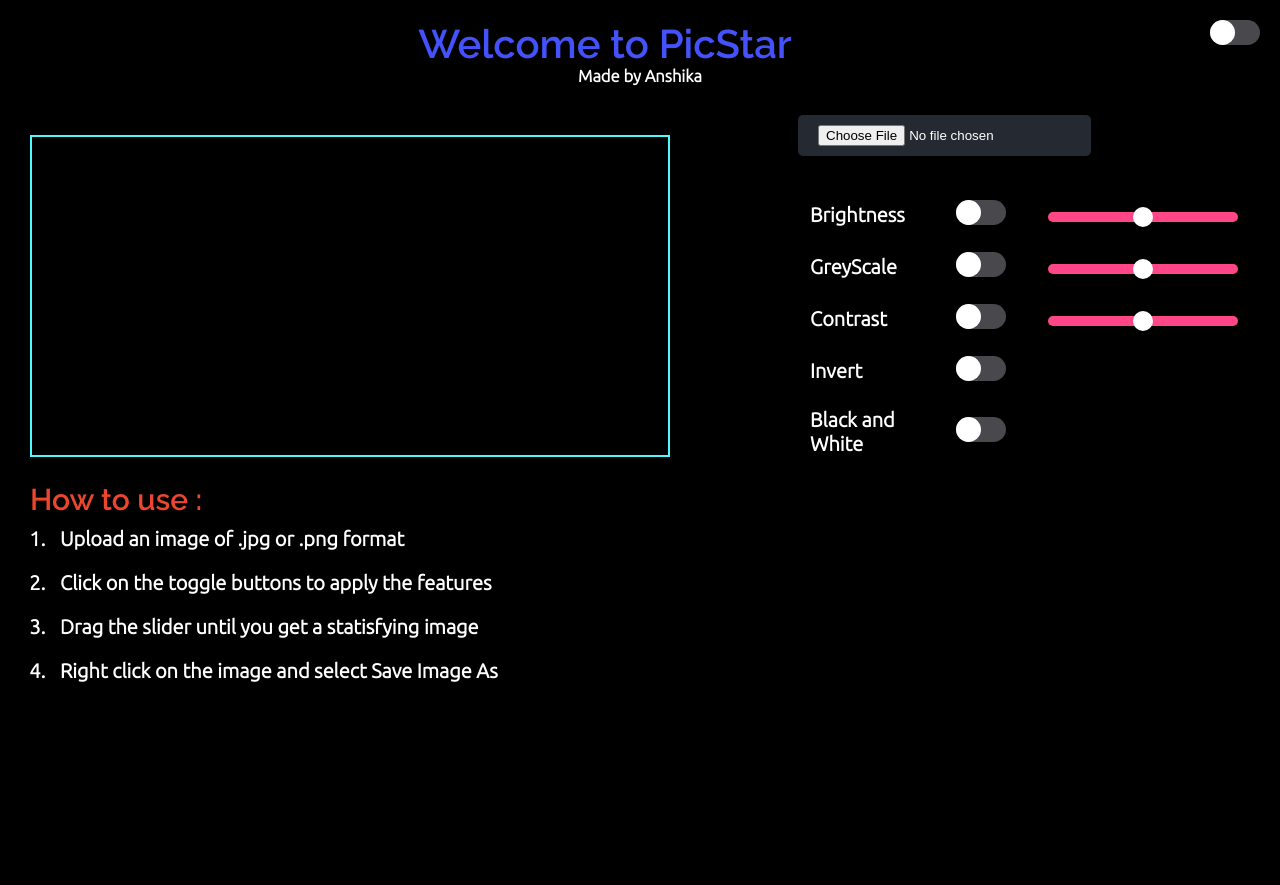
Repository: ANSHIKA1806/PICSTAR
Page: index.html
An editor plug-in stored every save of this project. The page is shown before and after the next save, followed by the edit.
The browser window is 1280 px wide. The pictures show the whole page.

Above is the page before, as saved 2021-10-08 20:44:33.

After the next save:
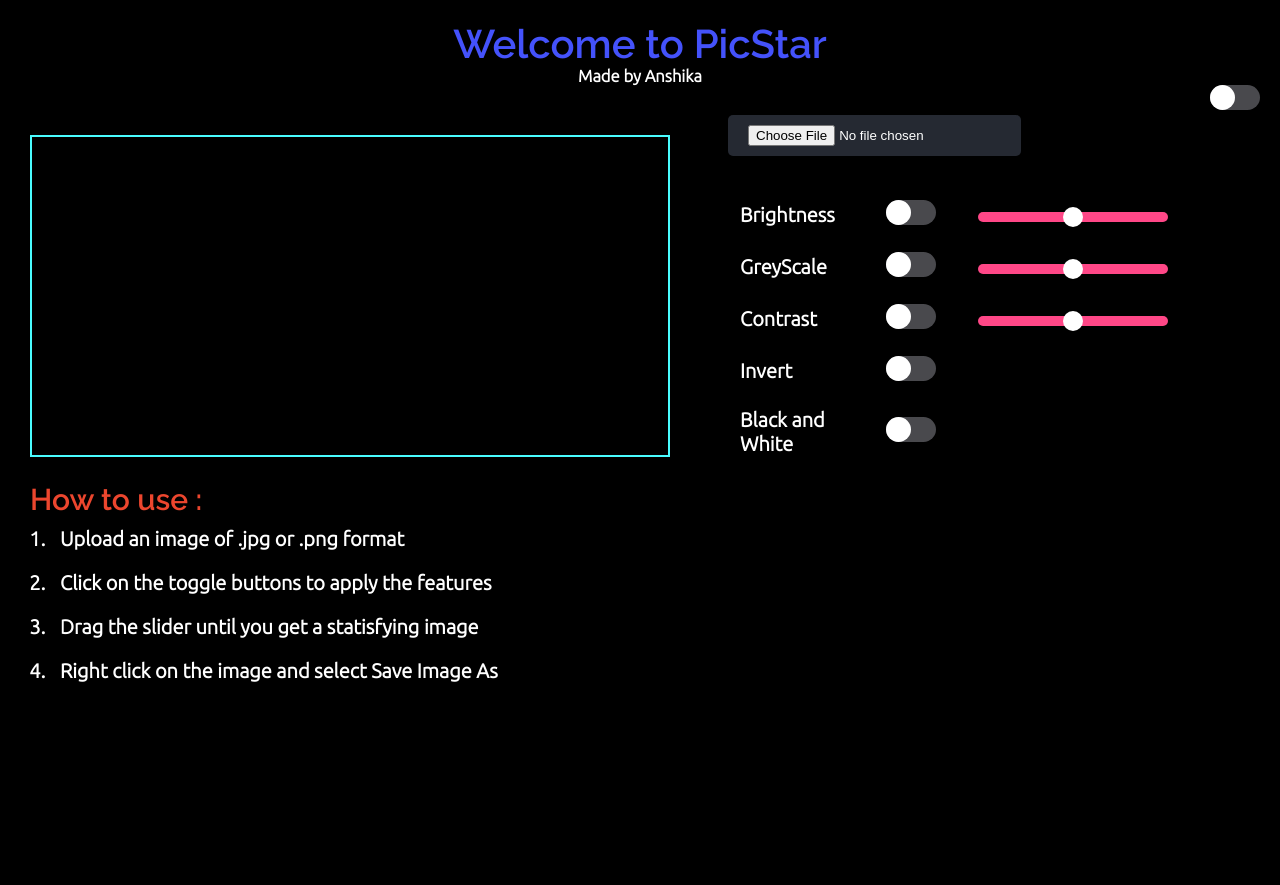
Saved 70 s later.
--- a/index.html
+++ b/index.html
@@ -10,11 +10,11 @@
 </head>
 
 <body>
-	<input type="checkbox" class="theme" id="theme"/>
+
 	<!-- partial:index.partial.html -->
 	<h1 id="main-heading">Welcome to PicStar</h1>
 	<h5 id="heading-subtext">Made by Anshika</h5>
-
+	<input type="checkbox" class="theme" id="theme"/>
 
 	<div class="editparts">
 
